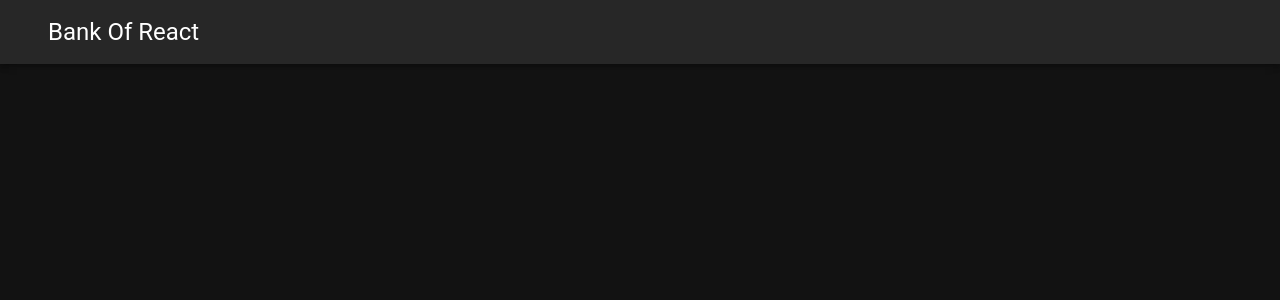
Repository: MikeeBuilds/mortgage-calculator
Page: /
An editor plug-in stored every save of this project. The page is shown before and after a run of saves, followed by the edit.
The browser window is 1280 px wide. The pictures show the whole page.
The project was rebuilt for these pictures with package versions that can differ from the ones it lists, and the page was loaded fresh each time.

Above is the page before, as saved 2023-04-03 17:14:32.

After the next 3 saves:
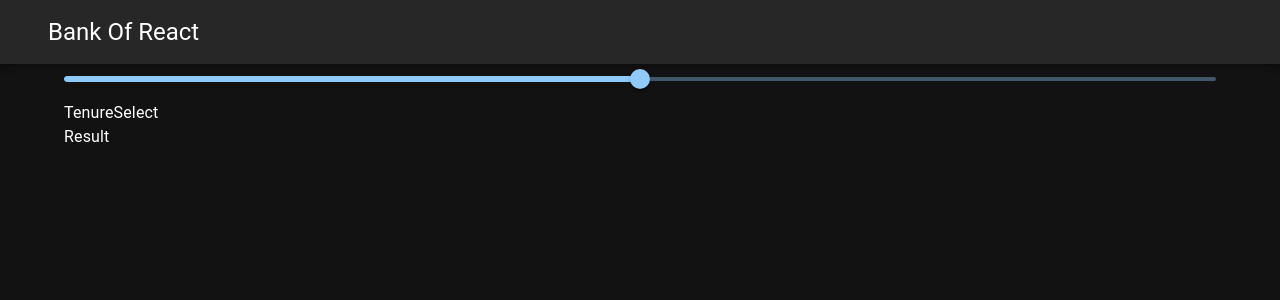
The 3 saves are shown as one change because they came seconds apart.
The last was saved 12 s later.
--- a/src/App.js
+++ b/src/App.js
@@ -10,7 +10,9 @@ function App() {
     <div className="App">
       <Navbar />
       <Container>
-
+        <SliderSelect />
+        <TenureSelect />
+        <Result />
       </Container>
     </div>
   );
